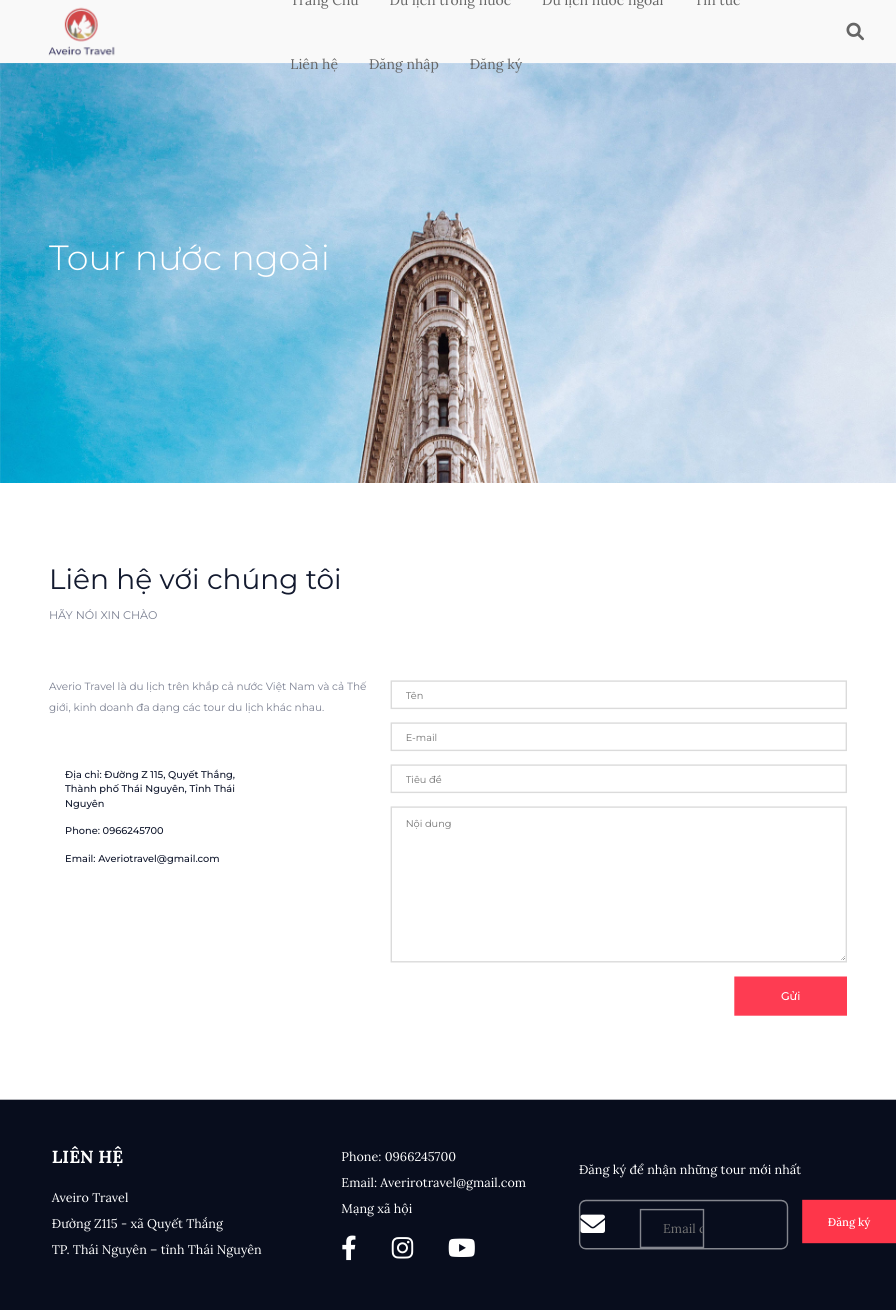
Repository: tuan842001/demotest
Page: /contact
An editor plug-in stored every save of this project. The page is shown before and after the next save, followed by the edit.
The browser window is 1280 px wide. The pictures show the whole page, at 70% of full size.
The project was rebuilt for these pictures with package versions that can differ from the ones it lists, and the page was loaded fresh each time. Also part of the build but not shown: src/components/header/HeaderHome.jsx, src/components/top/top.css, src/components/post/post.css, src/components/post/Post.jsx, src/components/intourPost/intourPost.css, src/components/intourPost/IntourPost.jsx, src/components/posts/posts.css, src/components/posts/Posts.jsx and 20 more.

Above is the page before, as saved 2021-10-16 19:58:58.

After the next save:
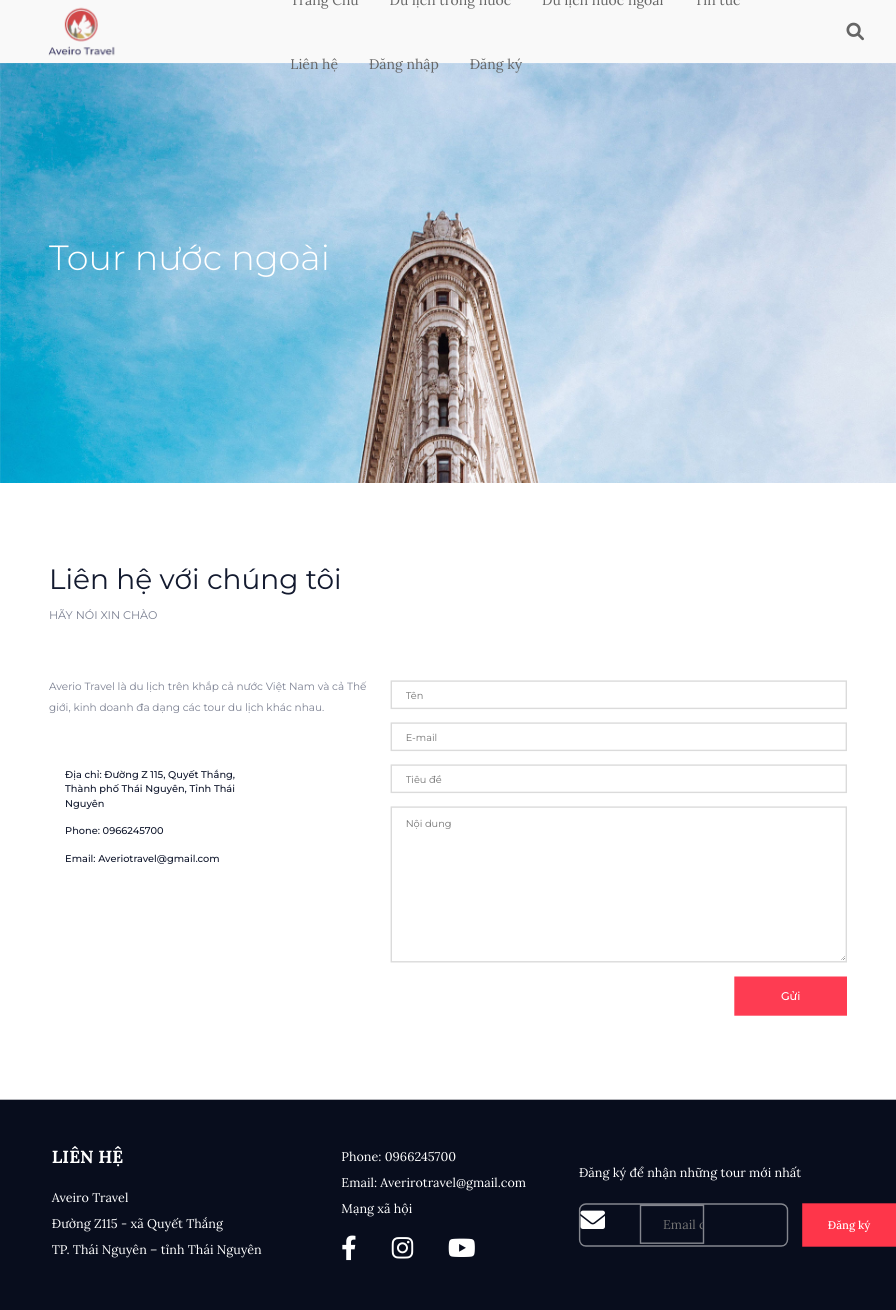
Saved 14 s later.
--- a/src/components/bottombar/bottombar.css
+++ b/src/components/bottombar/bottombar.css
@@ -48,7 +48,6 @@
 
 .bottomSubscribe i{
     font-size: 35px;
-    margin-top: 15px;
     margin-right: 50px;
     cursor: pointer;
 }
